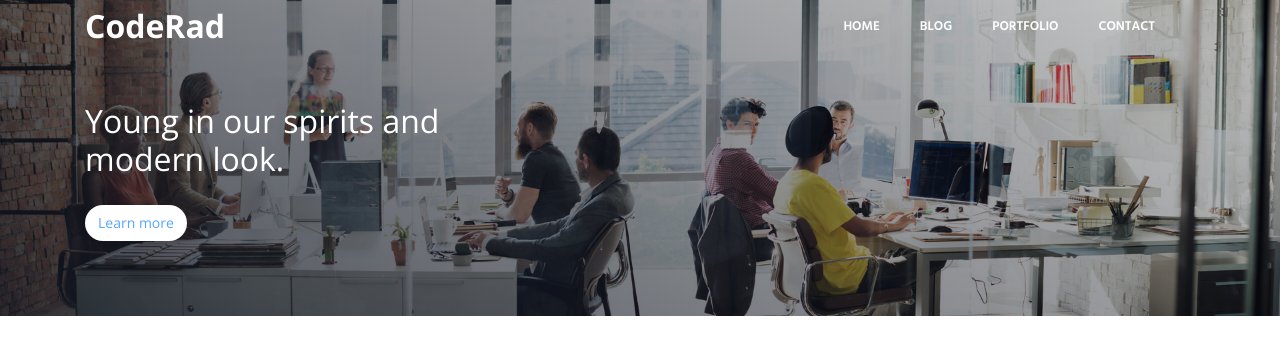
Repository: Sc-Juju/CodeRad
Page: index.html
An editor plug-in stored every save of this project. The page is shown before and after the next save, followed by the edit.
The browser window is 1280 px wide. The pictures show the whole page.

Above is the page before, as saved 2022-10-26 20:18:12.

After the next save:
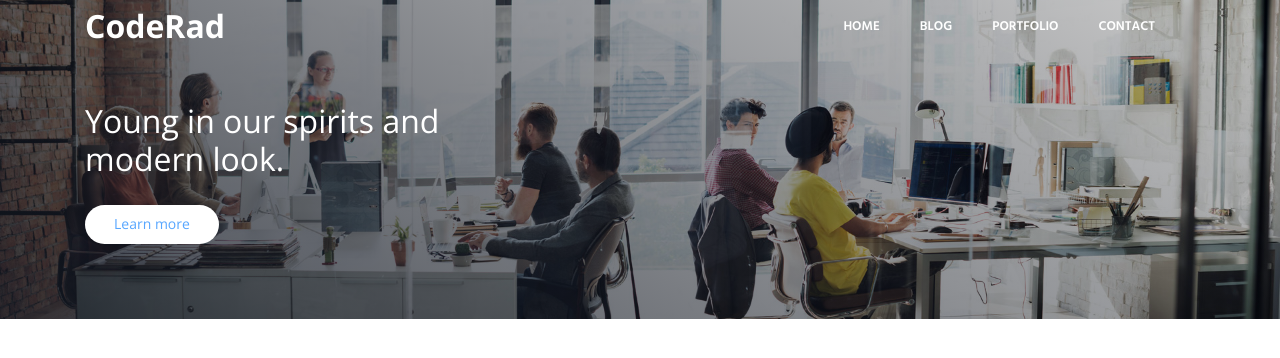
Saved 81 s later.
--- a/css/default.css
+++ b/css/default.css
@@ -70,6 +70,7 @@ img {
 .btn-white{
     background-color: var(--white);
     color: var(--font-color-link);
+    padding: .475rem 1.75rem;
 }
 
 @media (min-width:1200px){
